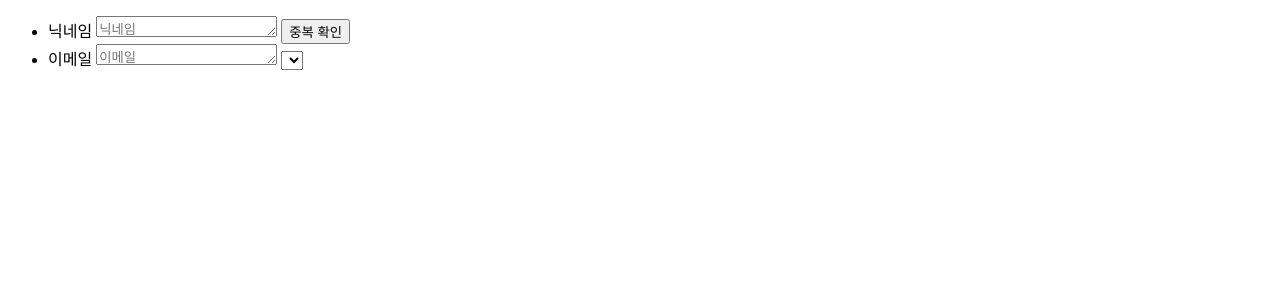
Repository: onpul/TEAM1
Page: http://localhost/Riding/mj/JoinForm.jsp
The author's editor kept a copy of each file at every save. The page is drawn from the files as they stood at one save, then again after the next save.
The browser window is 1280 px wide. The pictures show the whole page.
The page is served by Tomcat 9. Other server files are loaded and not shown.

Above is the page before, as saved 2022-06-04 09:24:39.

### Riding/WebContent/mj/JoinForm.jsp
<%@ page contentType="text/html; charset=UTF-8"%>
<%
	request.setCharacterEncoding("UTF-8");
	String cp = request.getContextPath();
%>
<!DOCTYPE html>
<html>
<head>
<meta charset="UTF-8">
<title>JoinForm.jsp</title>
</head>
<body>

<div>
	<form action="">
		<ul>
			<li>닉네임 <textarea name="nickname" id="nickname" cols="20" rows="1" placeholder="닉네임"></textarea> <button type="button">중복 확인</button></li>
			<li>이메일 <textarea name="" id="" cols="20" rows="1" placeholder="이메일"></textarea>
						<select name="" id="">
							<option value="@naver.com"></option>
							<option value="@google.com"></option>
							<option value="@nate.com"></option>
						</select>
			</li>
		</ul>
	</form>
</div>

</body>
</html>

After the next save:
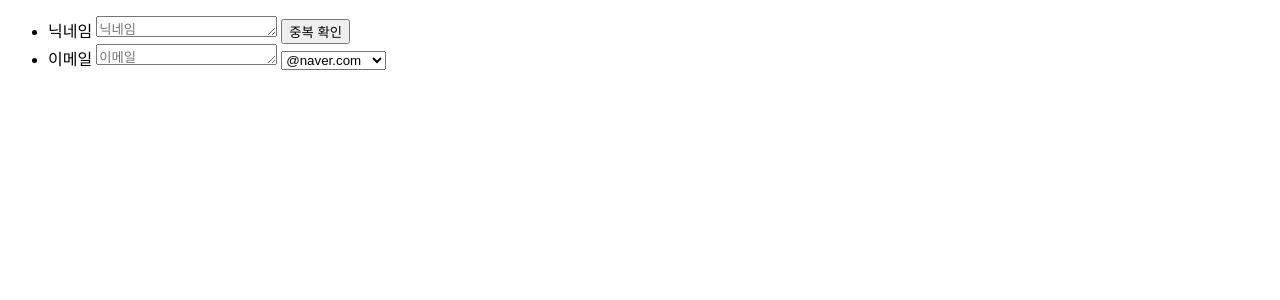
Saved 21 s later.
--- a/Riding/WebContent/mj/JoinForm.jsp
+++ b/Riding/WebContent/mj/JoinForm.jsp
@@ -17,9 +17,9 @@
 			<li>닉네임 <textarea name="nickname" id="nickname" cols="20" rows="1" placeholder="닉네임"></textarea> <button type="button">중복 확인</button></li>
 			<li>이메일 <textarea name="" id="" cols="20" rows="1" placeholder="이메일"></textarea>
 						<select name="" id="">
-							<option value="@naver.com"></option>
-							<option value="@google.com"></option>
-							<option value="@nate.com"></option>
+							<option value="@naver.com">@naver.com</option>
+							<option value="@google.com">@google.com</option>
+							<option value="@nate.com">@nate.com</option>
 						</select>
 			</li>
 		</ul>
